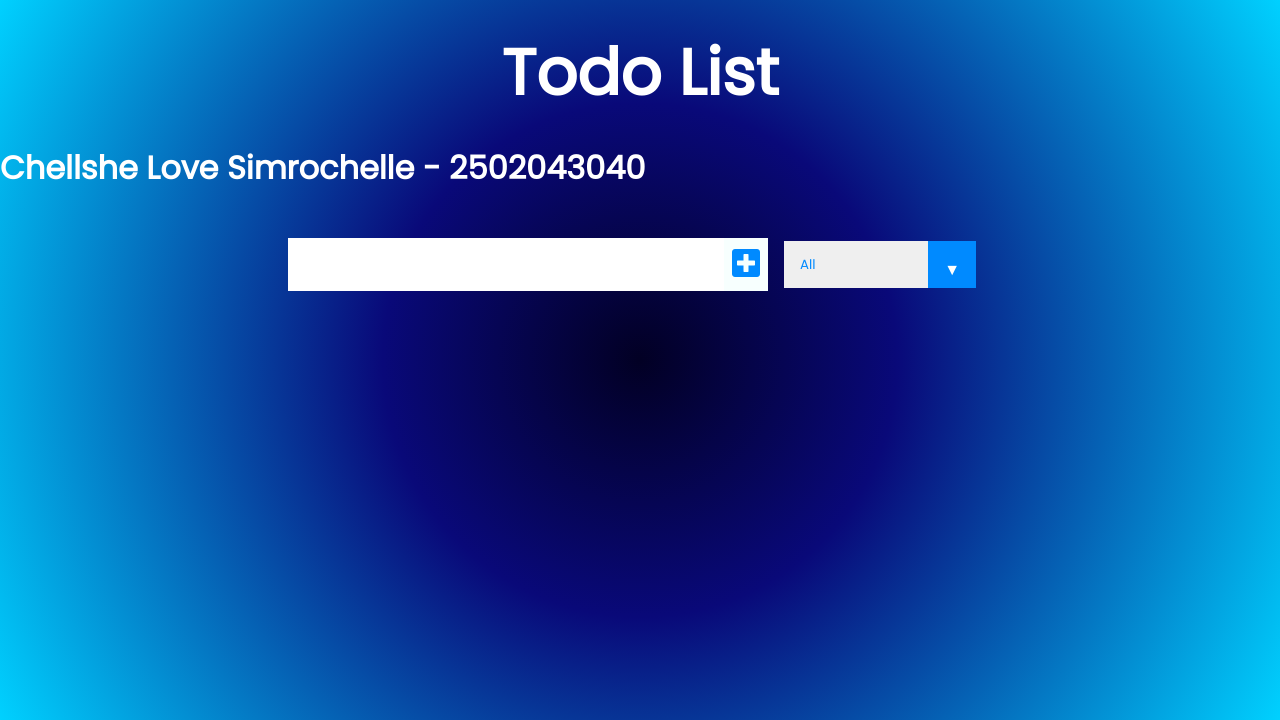
Repository: chellshelove/WADS_Assignment_TodoApp
Page: /
These files come from the project's save history. The page is drawn as it stood at one moment and after the next save; the edit follows.
The browser window is 1280 px wide. The pictures show the whole page.
Some web libraries are served in a nearby version. The project was rebuilt for these pictures with package versions that can differ from the ones it lists, and the page was loaded fresh each time. Also part of the build but not shown: src/components/Todo.js.

Above is the page before, as saved 2023-03-09 23:54:44.

### src/App.js
import React, {useState, useEffect} from 'react';
import './App.css';
//importing components
import Form from './components/Form';
import TodoList from './components/TodoList';

function App() {
  const [inputText, setInputText] = useState("");
  const [todos, setTodos] = useState([]);
  const [status, setStatus] = useState("all");
  const [filteredTodos, setFilteredTodos] = useState([]);


  useEffect(() => {
    filterHandler();
    saveLocalTodos();
  }, [todos, status]);

  const filterHandler = () => {
    switch(status){
      case 'completed' :
        setFilteredTodos(todos.filter(todo => todo.completed === true));
        break;
        case 'uncompleted' :
          setFilteredTodos(todos.filter(todo => todo.completed === false));
          break;
          default:
            setFilteredTodos(todos);
            break;
    }
  };

  const saveLocalTodos = () => {
      localStorage.setItem("todos", JSON.stringify("todos"));
  };

  return (
    <div className="todo-app">
      <header>
        <h1>Todo List</h1>
      </header>
      <h1>Chellshe Love Simrochelle - 2502043040</h1>

      <Form
      inputText={inputText}
      todos={todos}
      setTodos={setTodos}
      setInputText={setInputText}
      setStatus={setStatus}/>
      <TodoList  filteredTodos={filteredTodos} setTodos={setTodos} todos={todos}/>
    </div>
  );
}

export default App;

### src/App.css
* {
  margin: 0;
  padding: 0;
  box-sizing: border-box;
}
body {
  background-image: radial-gradient(circle, rgba(2,0,36,1) 0%, rgba(9,9,121,1) 35%, rgba(0,209,255,1) 100%);
  color: white;
  font-family: "Poppins", sans-serif;
  min-height: 100vh;
}
header {
  font-size: 2rem;
}

header,
form {
  min-height: 20vh;
  display: flex;
  justify-content: center;
  align-items: center;
}
form input,
form button {
  padding: 0.5rem;
  font-size: 2rem;
  border: none;
  background: white;
}
form button {
  color: #008aff;
  background: #f7fffe;
  cursor: pointer;
  transition: all 0.3s ease;
}
form button:hover {
  background: #00ddff;
  color: white;
}
.todo-container {
  display: flex;
  justify-content: center;
  align-items: center;
}

.todo-list {
  min-width: 30%;
  list-style: none;
}

.todo {
  margin: 0.5rem;
  background: white;
  font-size: 1.5rem;
  color: black;
  display: flex;
  justify-content: space-between;
  align-items: center;
  transition: all 1s ease;
}
.filter-todo {
  padding: 1rem;
}
.todo li {
  flex: 1;
}

.trash-btn,
.complete-btn {
  background: #008aff;
  color: black;
  border: none;
  padding: 1rem;
  cursor: pointer;
  font-size: 1rem;
}
.complete-btn {
  background: rgb(11, 212, 162);
}
.todo-item {
  padding: 0rem 0.5rem;
}

.fa-trash,
.fa-check {
  pointer-events: none;
}

.fall {
  transform: translateY(10rem) rotateZ(20deg);
  opacity: 0;
}

.completed {
  text-decoration: line-through;
  opacity: 0.5;
}

/*CUSTOM SELECTOR */
select {
  -webkit-appearance: none;
  -moz-appearance: none;
  -ms-appearance: none;
  appearance: none;
  outline: 0;
  box-shadow: none;
  border: 0 !important;
  background-image: none;
}

/* Custom Select */
.select {
  margin: 1rem;
  position: relative;
  overflow: hidden;
}
select {
  color: #008aff;
  font-family: "Poppins", sans-serif;
  cursor: pointer;
  width: 12rem;
}
/* Arrow */
.select::after {
  content: "\25BC";
  position: absolute;
  top: 0;
  right: 0;
  padding: 1rem;
  background: #008aff;
  cursor: pointer;
  pointer-events: none;
}
/* Transition */
/*
.select:hover::after {
  transform: scale(1.5);
}
*/

### src/components/Form.js
import React from 'react'

const Form = ({setInputText, todos, setTodos, inputText, setStatus}) => {
    const inputTextHandler = (e) => {
        setInputText(e.target.value);
    };
    const submitTodoHandler = (e) => {
        e.preventDefault();
        setTodos ([
            ...todos,
            {text: inputText, completed: false, id: Math.random() * 10000},
        ]);
        setInputText("");
    };
    const statusHandler = (e) => {
      setStatus(e.target.value);
    }
    return(
        <form>
      <input
      value = {inputText}
      onChange={inputTextHandler} type="text" className="todo-input" />
      <button onClick={submitTodoHandler} className="todo-button" type="submit">
        <i className="fas fa-plus-square"></i>
      </button>
      <div className="select">
        <select onChange={statusHandler} name="todos" className="filter-todo">
          <option value="all">All</option>
          <option value="completed">Completed</option>
          <option value="uncompleted">Uncompleted</option>
        </select>
      </div>
    </form>
    );
}

export default Form;

### src/components/TodoList.js
import React from 'react';
import Todo from './Todo';

const TodoList = ({ todos, setTodos, filteredTodos}) => {
    return(
        <div className="todo-container">
             <ul className="todo-list">
                 {filteredTodos.map((todo) => (
                 <Todo
                 setTodos={setTodos}
                 todos={todos}
                 key={todo.id}
                 todo={todo}
                 text={todo.text}/>
                 ))}
            </ul>
        </div>
    );
};

export default TodoList;

Loaded but not shown: public/index.html (common file); src/index.js (common file)

After the next save:
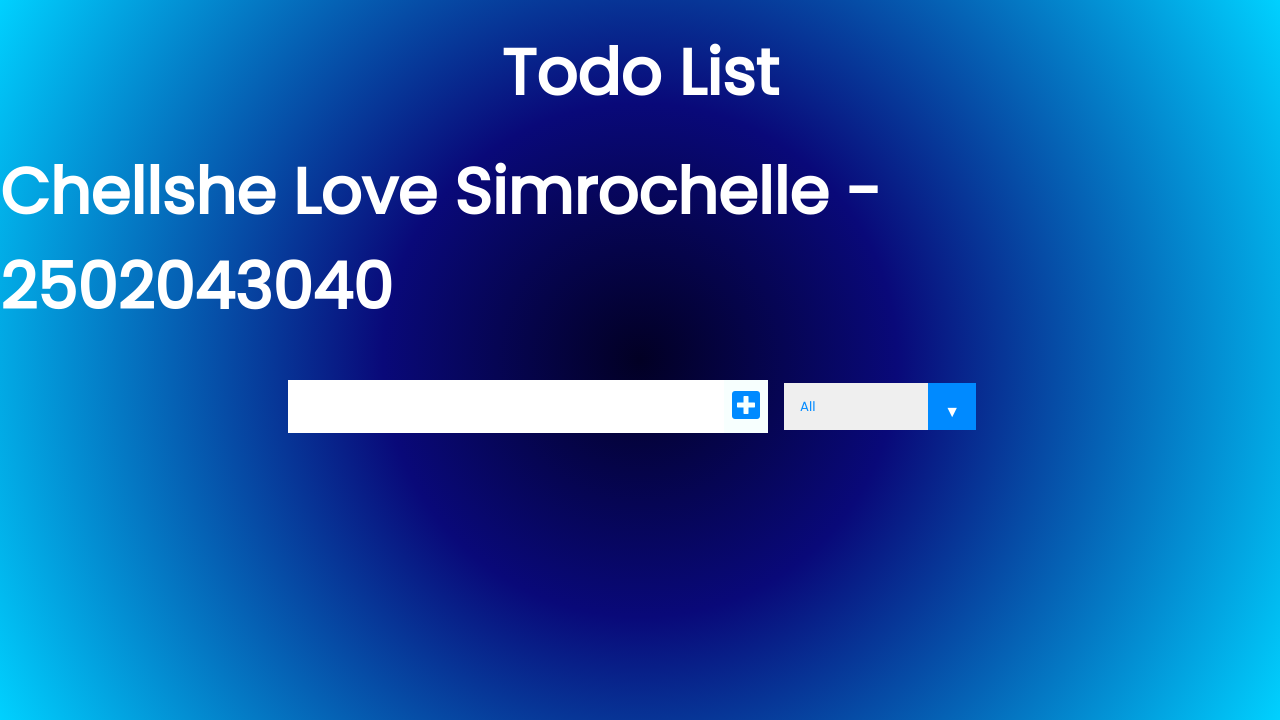
Saved 24 s later.
--- a/src/App.js
+++ b/src/App.js
@@ -39,7 +39,9 @@ function App() {
       <header>
         <h1>Todo List</h1>
       </header>
+      <header>
       <h1>Chellshe Love Simrochelle - 2502043040</h1>
+      </header>
 
       <Form
       inputText={inputText}
